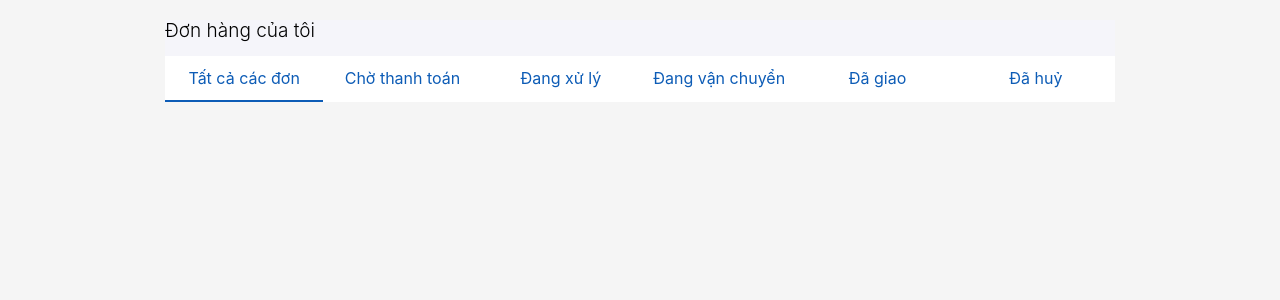
Repository: baopham2-tiki/tiki-order-listing
Page: /oderApp
These files come from the project's save history. The page is drawn as it stood at one moment and after the next save; the edit follows.
The browser window is 1280 px wide. The pictures show the whole page.
The project was rebuilt for these pictures with package versions that can differ from the ones it lists, and the page was loaded fresh each time. The framework's server and built-in components were replaced by stand-ins that run in the browser. Also part of the build but not shown: next.config.js.

Above is the page before, as saved 2022-11-10 00:34:40.

After the next save:
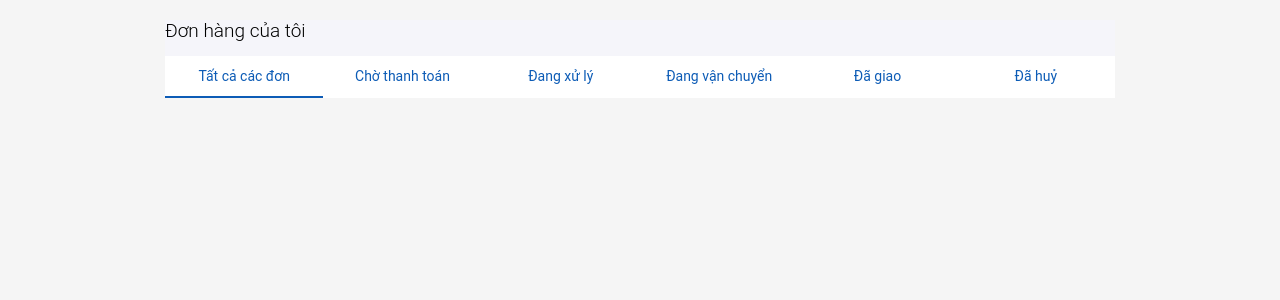
Saved 8 s later.
--- a/styles/globals.css
+++ b/styles/globals.css
@@ -5,6 +5,8 @@ body {
   font-family: -apple-system, BlinkMacSystemFont, Segoe UI, Roboto, Oxygen, Ubuntu, Cantarell,
     Fira Sans, Droid Sans, Helvetica Neue, sans-serif;
   background-color: #f5f5f5;
+  font-family: Roboto, Helvetica, Arial, sans-serif;
+  font-size: 14px;
 }
 
 a {
